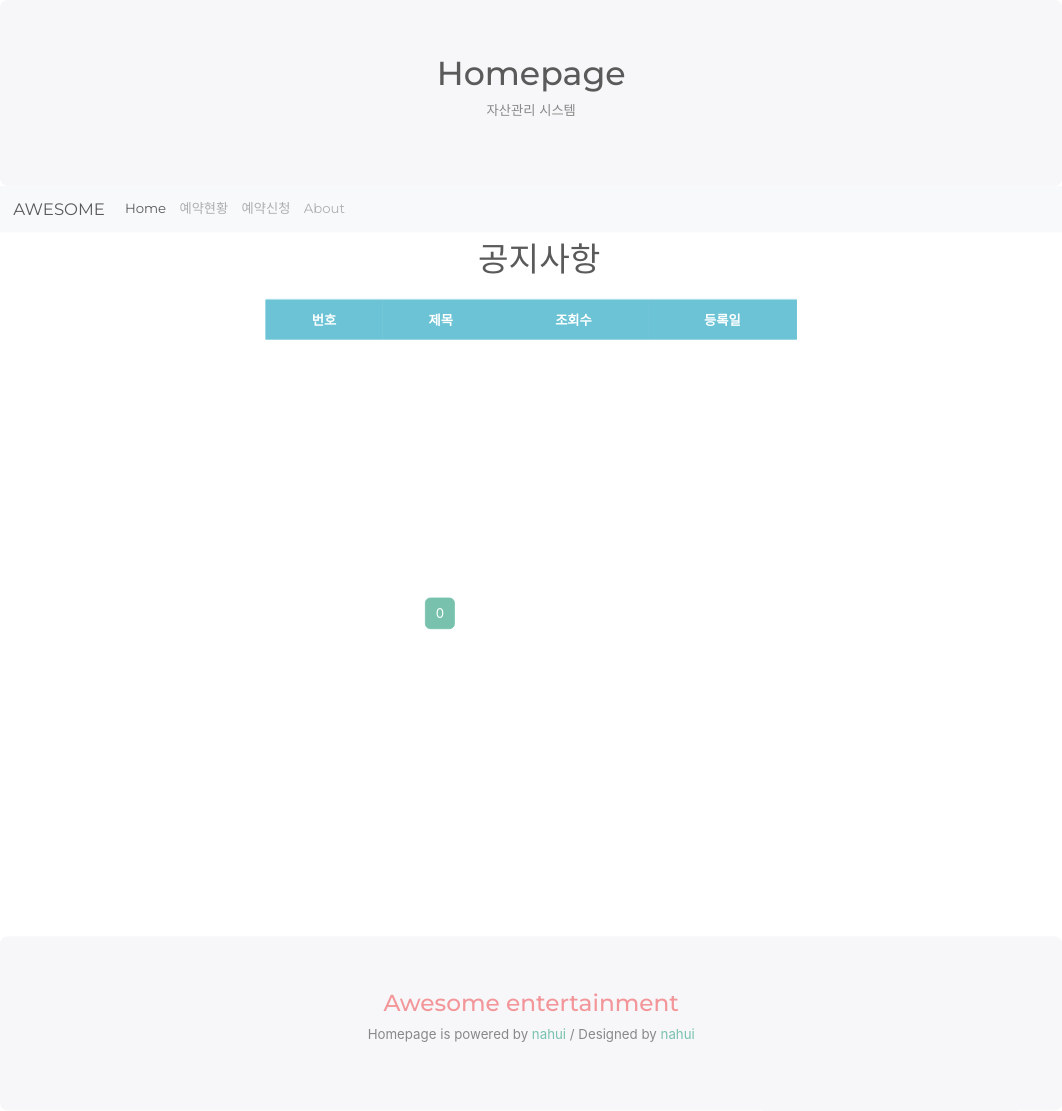
Repository: Nahui068/project1
Page: http://localhost/project1/WEB-INF/views/main.jsp
An editor plug-in stored every save of this project. The page is shown before and after the next save, followed by the edit.
The browser window is 1280 px wide. The pictures show the whole page, at 83% of full size.
The page is served by Tomcat 9. Nobody is signed in. Other server files are loaded and not shown. The template is opened directly, without the code that normally fills it, so the values that code supplies are empty.

Above is the page before, as saved 2021-01-07 02:06:32.

### project1/src/main/webapp/WEB-INF/views/main.jsp
<%@ page language="java" contentType="text/html; charset=UTF-8"
    pageEncoding="UTF-8"%>
<%@ taglib prefix="c" uri="http://java.sun.com/jsp/jstl/core" %>
<%@ taglib prefix="fmt" uri="http://java.sun.com/jsp/jstl/fmt" %>
<%@ include file="/WEB-INF/views/include/header.jsp" %>

<script>

//이전 버튼 이벤트

function fn_prev(page, range, rangeSize) {

		var page = ((range - 2) * rangeSize) + 1;
		var range = range - 1;


		var url =  "${pageContext.request.contextPath}/board_select";
		url = url + "?page=" + page;
		url = url + "&range=" + range;

		location.href = url;
	}


//페이지 번호 클릭

function fn_pagination(page, range, rangeSize, searchType, keyword) {

		var url = "${pageContext.request.contextPath}/board_select";
		url = url + "?page=" + page;
		url = url + "&range=" + range;

		location.href = url;

	}

//다음 버튼 이벤트

	function fn_next(page, range, rangeSize) {

		var page = parseInt((range * rangeSize)) + 1;
		var range = parseInt(range) + 1;

		var url =  "${pageContext.request.contextPath}/board_select";

		url = url + "?page=" + page;
		url = url + "&range=" + range;

		location.href = url;

	}

</script>


<!DOCTYPE html>
<html>
<head>
	<link href="resources/css/bootstrap.min.css" rel="stylesheet" type="text/css">
	<meta charset="UTF-8">
	<title>메인화면</title>
</head>
<body>
	<h1 style="position:absolute; top:40%; left:45%;">공지사항</h1>
	<table class="table table-hover" style="position:absolute; top:50%; left:25%; width:50%;">
		<tr class="table-info" style="text-align:center;">
			<th>번호</th>
			<th>제목</th>
			<th>조회수</th>
			<th>등록일</th>
		</tr>
	<c:forEach var="list" items="${boardList}">
		<tr class="table-light" style="text-align:center;">
			<td>${list.num}</td>
			<td><a href="/project1/content?num=${list.num}&title=${list.title}">${list.title}</a></td>
			<td>${list.readcount}</td>
			<fmt:formatDate var="dateTempParse" pattern="yyyy-MM-dd" value="${list.reg}"/>
			<td><c:out value="${dateTempParse}"></c:out></td>
		</tr>
	</c:forEach>

	</table>

		<ul class="pagination" style="position:absolute; top:100%; left:40%; width:50%;">
			<c:if test="${pagination.prev}">

				<li class="page-item"><a class="page-link" href="#" onClick="fn_prev('${pagination.page}', '${pagination.range}', '${pagination.rangeSize}')">Previous</a></li>

			</c:if>


			<c:forEach begin="${pagination.startPage}" end="${pagination.endPage}" var="idx">

				<li class="page-item <c:out value="${pagination.page == idx ? 'active' : ''}"/> "><a class="page-link" href="#" onClick="fn_pagination('${idx}', '${pagination.range}', '${pagination.rangeSize}')"> ${idx} </a></li>

			</c:forEach>


			<c:if test="${pagination.next}">

				<li class="page-item"><a class="page-link" href="#" onClick="fn_next('${pagination.page}','${pagination.range}', '${pagination.rangeSize}')" >Next</a></li>

			</c:if>

		</ul>
<%@ include file="/WEB-INF/views/include/footer.jsp" %>
</body>
</html>

### project1/src/main/webapp/WEB-INF/views/include/header.jsp
<%@ page language="java" contentType="text/html; charset=UTF-8"
    pageEncoding="UTF-8"%>
<%@ taglib prefix="c" uri="http://java.sun.com/jsp/jstl/core" %>

<!DOCTYPE html>
<html>
<head>
	<meta charset="UTF-8">
	<meta charset="utf-8">
	<meta name="viewport" content="width=device-width, initial-scale=1">
	<!-- CSS -->
	<link rel="stylesheet" href="https://maxcdn.bootstrapcdn.com/bootstrap/4.1.3/css/bootstrap.min.css">
	<!-- JS -->
	<script src="https://ajax.googleapis.com/ajax/libs/jquery/3.3.1/jquery.min.js"></script>
	<script src="https://cdnjs.cloudflare.com/ajax/libs/popper.js/1.14.3/umd/popper.min.js"></script>
	<script src="https://maxcdn.bootstrapcdn.com/bootstrap/4.1.3/js/bootstrap.min.js"></script>


</head>
<body>
	<div class="jumbotron text-center mb-0">
		<h1>Homepage</h1> <p>자산관리 시스템</p>
	</div>
	<nav class="navbar navbar-expand-lg navbar-light bg-light">
  <a class="navbar-brand" href="/project1/board_select">AWESOME</a>
  <button class="navbar-toggler" type="button" data-toggle="collapse" data-target="#navbarColor03" aria-controls="navbarColor03" aria-expanded="false" aria-label="Toggle navigation">
    <span class="navbar-toggler-icon"></span>
  </button>

  <div class="collapse navbar-collapse" id="navbarColor03">
    <ul class="navbar-nav mr-auto">
      <li class="nav-item active">
        <a class="nav-link" href="/project1/board_select">Home
          <span class="sr-only">(current)</span>
        </a>
      </li>
      <li class="nav-item">
        <a class="nav-link" href="#">예약현황</a>
      </li>
      <li class="nav-item">
        <a class="nav-link" href="/project1/reservation">예약신청</a>
      </li>
      <li class="nav-item">
        <a class="nav-link" href="#">About</a>
      </li>
      <!-- <li class="nav-item dropdown">
        <a class="nav-link dropdown-toggle" data-toggle="dropdown" href="#" role="button" aria-haspopup="true" aria-expanded="false">Dropdown</a>
        <div class="dropdown-menu">
          <a class="dropdown-item" href="#">Action</a>
          <a class="dropdown-item" href="#">Another action</a>
          <a class="dropdown-item" href="#">Something else here</a>
          <div class="dropdown-divider"></div>
          <a class="dropdown-item" href="#">Separated link</a>
        </div>
      </li> -->
    </ul>
 <c:if test="${sessionScope.id !=null}">
    	 ${sessionScope.id}
    	 <input type="button" value="로그아웃" onclick="location.href='/project1/logout'">
    	 <c:if test="${sessionScope.id == 'admin' }">
    	 		<input type="button" value="글등록" onClick="location.href='/project1/board_form'">
    	 </c:if>
    </c:if>
 </div>

</nav>
</body>
</html>

### project1/src/main/webapp/WEB-INF/views/include/footer.jsp
<%@ page language="java" contentType="text/html; charset=UTF-8"
    pageEncoding="UTF-8"%>
<!DOCTYPE html>
<html>
<head>
<meta charset="UTF-8">
<link href="resources/css/bootstrap.min.css" rel="stylesheet" type="text/css">
<link href="resources/css/style-css.css" rel="stylesheet" type="text/css">
</head>
<body>
<!-- footer -->
<div id="footer" class="jumbotron text-center mt-5 mb-0" style="position:absolute;width:100%; top:150%;">
	<h3 class="text-secondary">Awesome entertainment</h3>
	<p>Homepage is powered by <span class="text-primary">nahui</span> / Designed by <span class="text-primary">nahui</span></p>
</div>

</body>
</html>

### project1/src/main/webapp/resources/css/style-css.css
@charset "UTF-8";

#stu_btn{
	margin-right:20px;
}

#meet_btn{
	margin-left:40px;
}

Loaded but not shown: project1/src/main/webapp/resources/css/bootstrap.min.css (library)

After the next save:
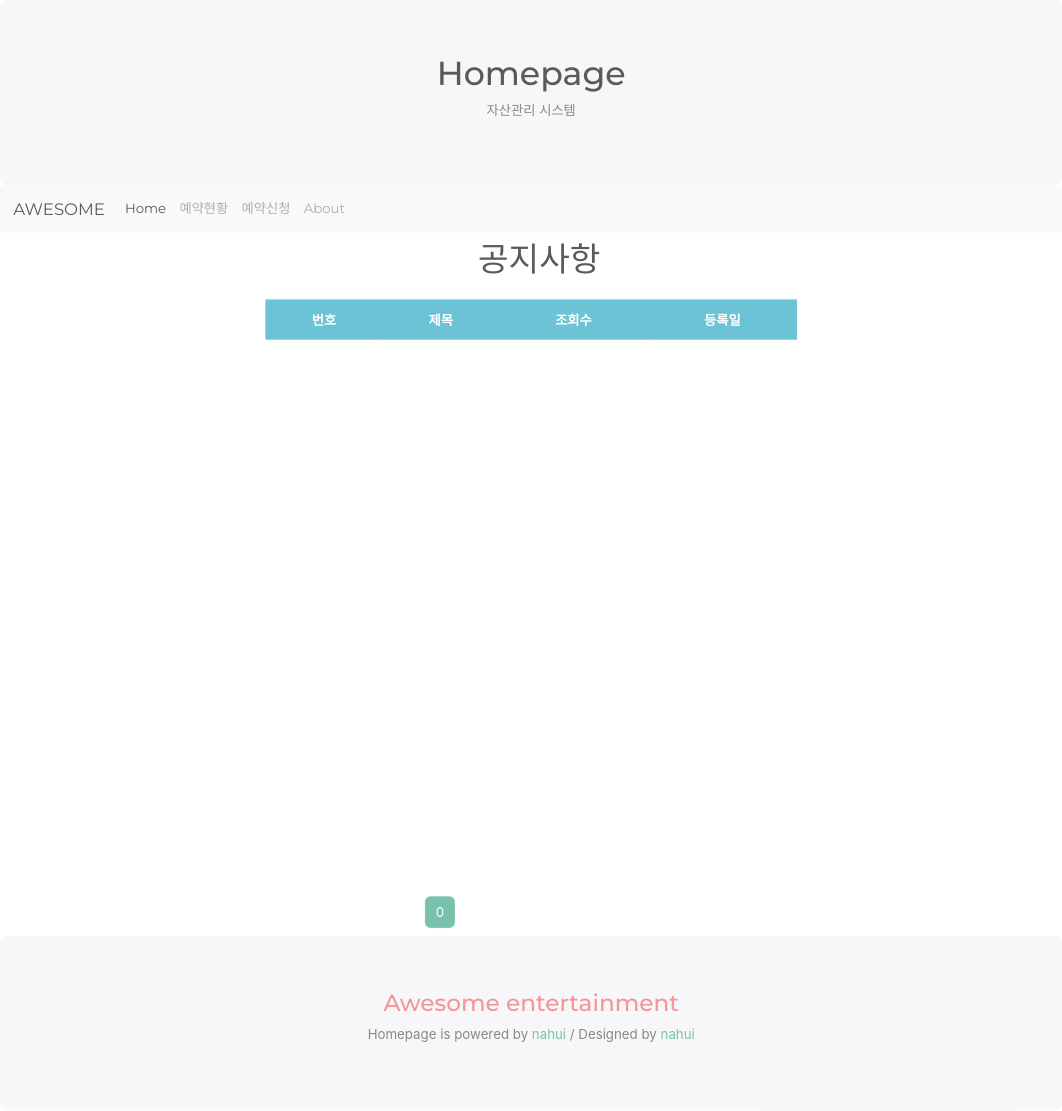
Saved 13 s later.
--- a/project1/src/main/webapp/WEB-INF/views/main.jsp
+++ b/project1/src/main/webapp/WEB-INF/views/main.jsp
@@ -81,7 +81,7 @@
 
 	</table>
 
-		<ul class="pagination" style="position:absolute; top:100%; left:40%; width:50%;">
+		<ul class="pagination" style="position:absolute; top:150%; left:40%; width:50%;">
 			<c:if test="${pagination.prev}">
 
 				<li class="page-item"><a class="page-link" href="#" onClick="fn_prev('${pagination.page}', '${pagination.range}', '${pagination.rangeSize}')">Previous</a></li>
